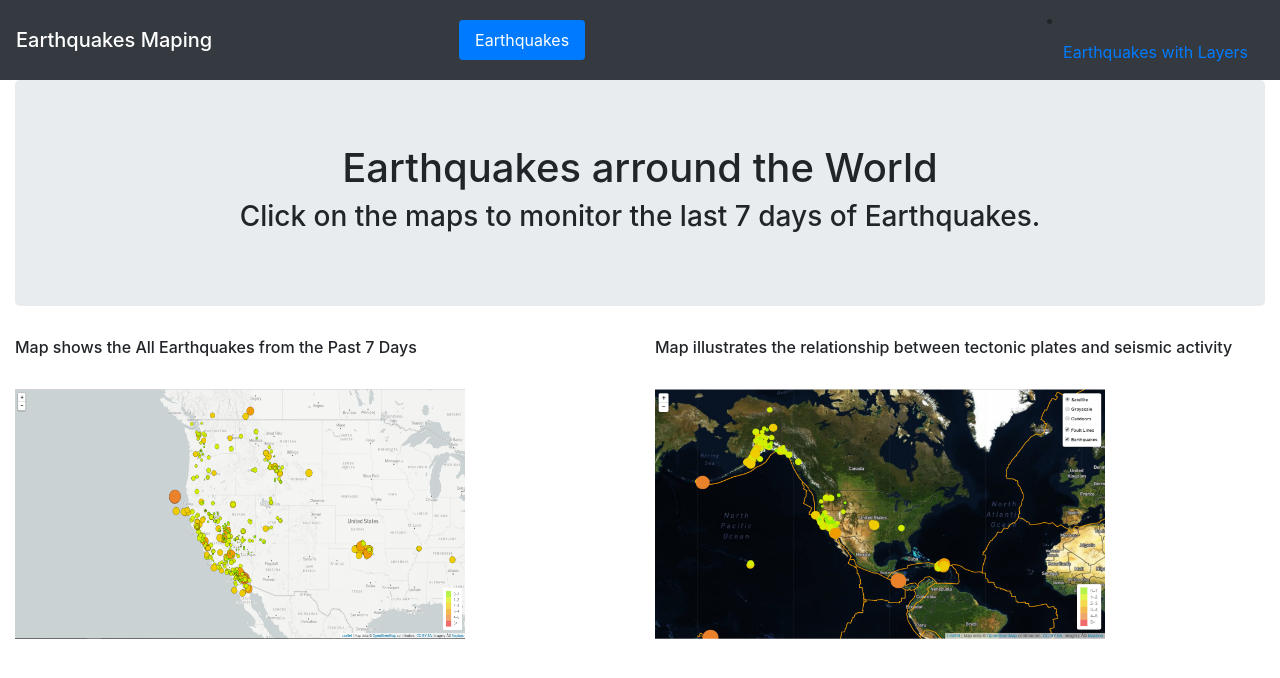
Repository: ermiasgelaye/leaflet-challenge
Page: index.html
These files come from the project's save history. The page is drawn as it stood at one moment and after the next save; the edit follows.
The browser window is 1280 px wide. The pictures show the whole page.

Above is the page before, as saved 2020-09-18 21:47:31.

### index.html
<!DOCTYPE html>
<html lang="en">

<head>
    <meta charset="UTF-8" />
    <meta name="viewport" content="width=device-width, initial-scale=1.0" />
    <meta http-equiv="X-UA-Compatible" content="ie=edge" />
    <title>Earthquakes Challenge</title>
    <link rel="stylesheet" href="https://stackpath.bootstrapcdn.com/bootstrap/4.3.1/css/bootstrap.min.css" integrity="sha384-ggOyR0iXCbMQv3Xipma34MD+dH/1fQ784/j6cY/iJTQUOhcWr7x9JvoRxT2MZw1T" crossorigin="anonymous" />

    <!-- jQuery library -->
    <script src="https://ajax.googleapis.com/ajax/libs/jquery/3.4.1/jquery.min.js"></script>

    <!-- Latest compiled JavaScript -->
    <script src="https://maxcdn.bootstrapcdn.com/bootstrap/4.3.1/js/bootstrap.min.js"></script>
</head>

<body>
    <nav class="navbar navbar-dark bg-dark size_hide">
        <a href="index.html"><span class="navbar-brand mb-0 h1 back_color"
          >Earthquakes Maping</span
        ></a
      >

      <ul class="nav nav-pills">
        <li class="nav-item">
          <a class="nav-link active" href="Leaflet-Step-1/step-1.html"
            >Earthquakes</a
          >
        </li>
        </ul>
        <ul class="nav nav-pills"></ul>
        <li class="nav-item">
          <a class="nav-link active" href="Leaflet-Step-2/step-2.html"
            >Earthquakes with Layers</a
          >
        </li>
      </ul>
    </nav>
    <div class="container-fluid">
      <div class="jumbotron text-center">
        <h1>Earthquakes arround the World</h1>
        <h3>
          Click on the maps to monitor the last 7 days of Earthquakes.
        </h3>
      </div>
      <div class="row">
        <div class="col-lg-6">
          <h6>Map shows the All Earthquakes from the Past 7 Days</h6>
          <br />
          <a href="Leaflet-Step-1/step-1.html"
            ><img
              src="images/2-BasicMap.png"
              alt="Mapping without Layers"
              width="450"
              height="250"
          /></a>
        </div>
        <div class="col-lg-6">
            <h6>
                Map illustrates the relationship between tectonic plates and seismic activity
            </h6>
            <br />
            <a href="Leaflet-Step-2/step-2.html">
                <img src="images/5-Advanced.png" alt="Mapping with Layers" width="450" height="250" /></a>
        </div>
        </div>
        </div>
</body>

</html>

After the next save:
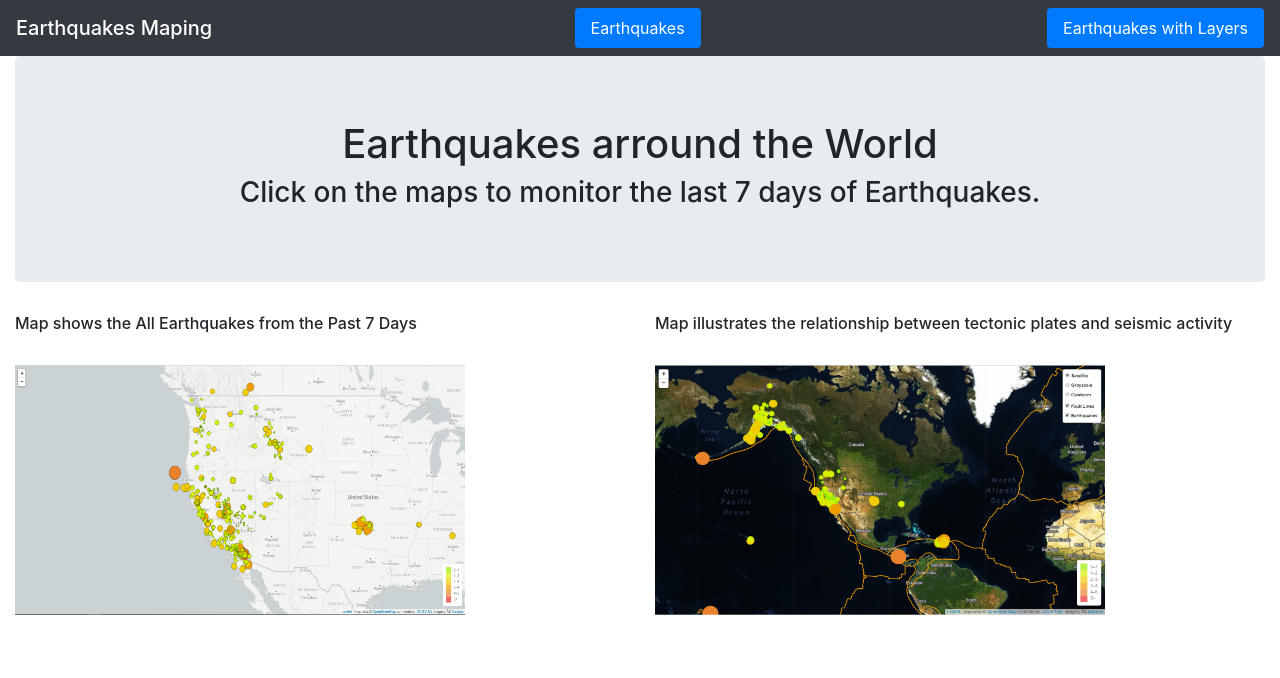
Saved 13 s later.
--- a/index.html
+++ b/index.html
@@ -29,7 +29,7 @@
           >
         </li>
         </ul>
-        <ul class="nav nav-pills"></ul>
+        <ul class="nav nav-pills">
         <li class="nav-item">
           <a class="nav-link active" href="Leaflet-Step-2/step-2.html"
             >Earthquakes with Layers</a

After the 4 saves that followed:
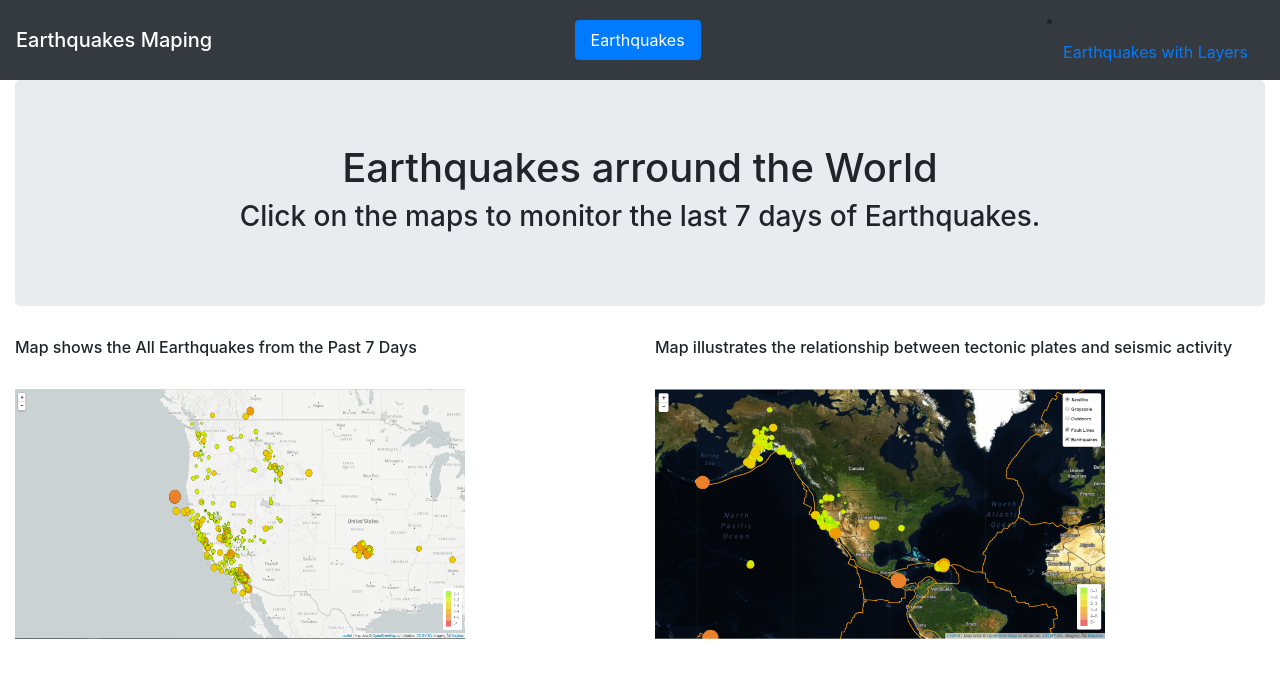
The 4 saves are shown as one change because 3 left the picture as it was.
The last was saved 68 s later.
--- a/index.html
+++ b/index.html
@@ -25,11 +25,9 @@
       <ul class="nav nav-pills">
         <li class="nav-item">
           <a class="nav-link active" href="Leaflet-Step-1/step-1.html"
-            >Earthquakes</a
-          >
+            >Earthquakes</a>
         </li>
-        </ul>
-        <ul class="nav nav-pills">
+      </ul>
         <li class="nav-item">
           <a class="nav-link active" href="Leaflet-Step-2/step-2.html"
             >Earthquakes with Layers</a
